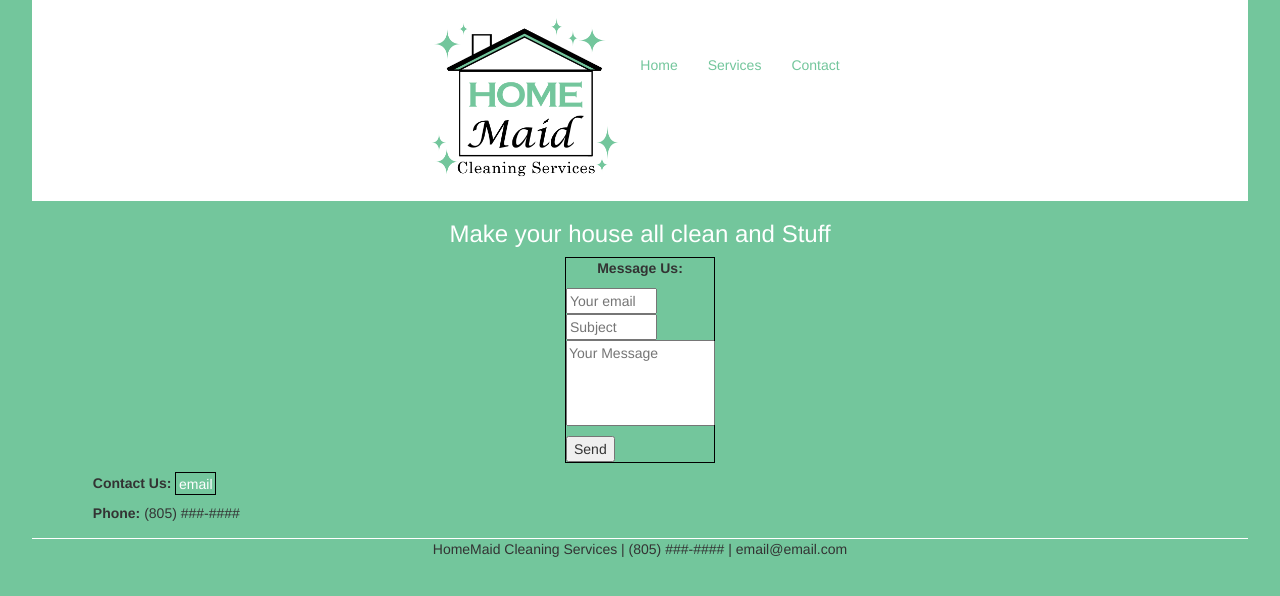
Repository: alprusa/HomeMaid-Cleaning-Service
Page: HomeMaid-Cleaning-Service/contact/index.html
The author's editor kept a copy of each file at every save. The page is drawn from the files as they stood at one save, then again after the next save.
The browser window is 1280 px wide. The pictures show the whole page.

Above is the page before, as saved 2016-07-27 02:24:42.

After the next save:
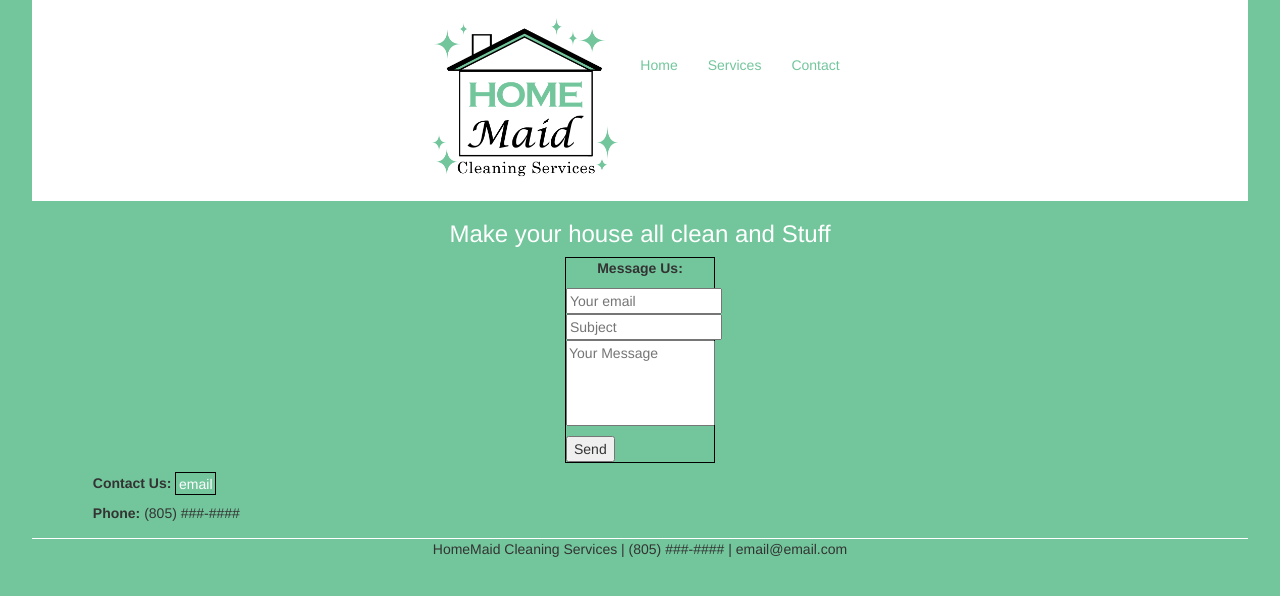
Saved 14 s later.
--- a/HomeMaid-Cleaning-Service/contact/index.html
+++ b/HomeMaid-Cleaning-Service/contact/index.html
@@ -61,8 +61,8 @@
 
 				<form action="#">
 	 				<p style="text-align: center;"><b>Message Us:</b></p>
-					<input type="text" class="formBox" name="email" id="email" placeholder="Your email" size="8" required><br>
-					<input type="text" class="formBox" name="Subject" id="Subject" placeholder="Subject" size="8" required><br>
+					<input type="text" class="formBox" name="email" id="email" placeholder="Your email" size="16" required><br>
+					<input type="text" class="formBox" name="Subject" id="Subject" placeholder="Subject" size="16" required><br>
 					<textarea type="text" class="formBox" name="Message" rows=4 id="Message" placeholder="Your Message" required></textarea>
 					<input id="submitButton" class="gVButton" type="submit" value="Send" style="margin-top: 5px;">
 					<p style="color: #E82C0C;" id="errorText" class="hidden">Sorry there was an issue sending your message.</p>
